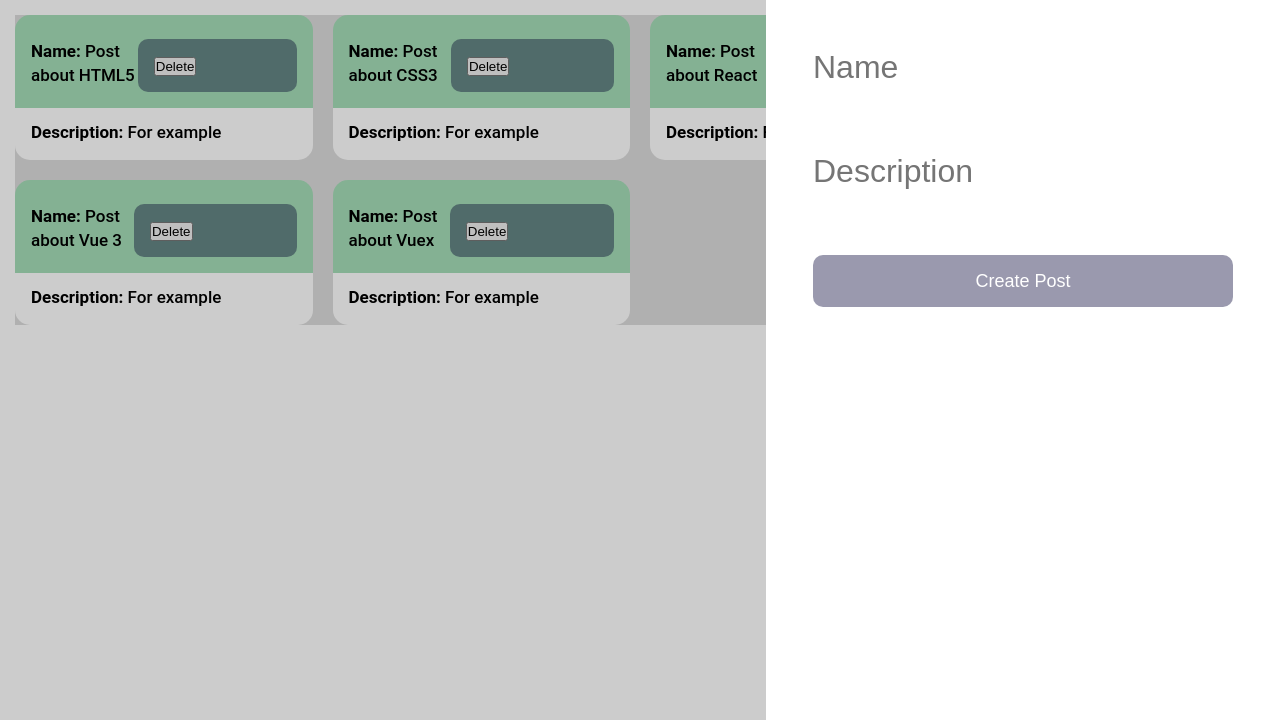
Repository: Axeliriya/vue-todo
Page: /
The author's editor kept a copy of each file at every save. The page is drawn from the files as they stood at one save, then again after the next save.
The browser window is 1280 px wide. The pictures show the whole page.
The project was rebuilt for these pictures with package versions that can differ from the ones it lists, and the page was loaded fresh each time. Also part of the build but not shown: vue.config.js.

Above is the page before, as saved 2022-04-01 20:49:46.

After the next save:
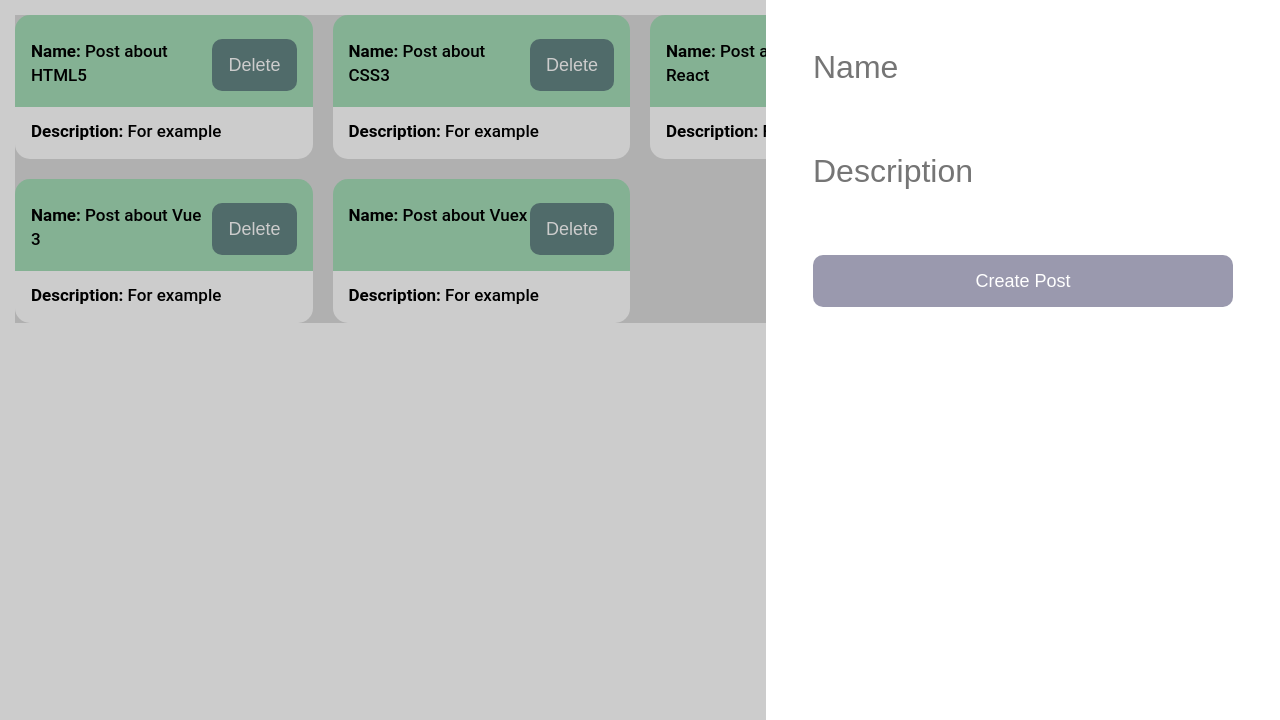
Saved 82 s later.
--- a/src/components/PostItem.vue
+++ b/src/components/PostItem.vue
@@ -2,7 +2,7 @@
   <li class="post">
     <div class="post__title">
       <div><strong>Name: </strong>{{ post.title }}</div>
-      <div class="post__button"><button>Delete</button></div>
+      <div><button class="post__button">Delete</button></div>
     </div>
     <div class="post__description">
       <strong>Description: </strong>{{ post.body }}
